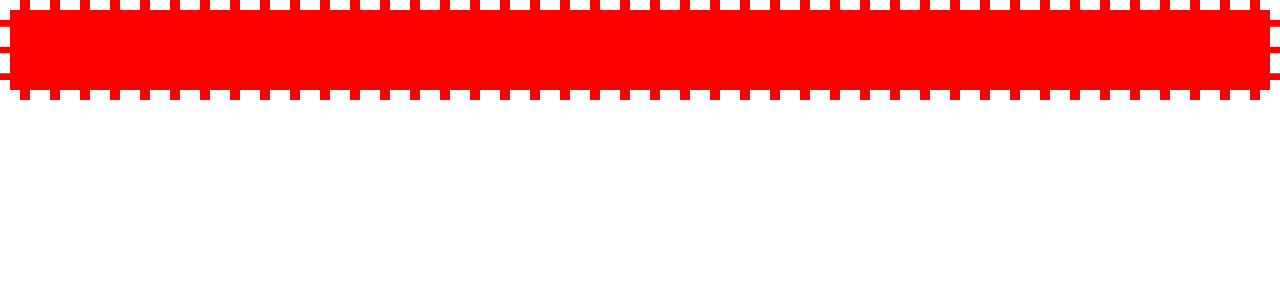
Repository: critdang/electro_store
Page: javascript_project/HTML &CSS practice/index.html
The author's editor kept a copy of each file at every save. The page is drawn from the files as they stood at one save, then again after the next save.
The browser window is 1280 px wide. The pictures show the whole page.

Above is the page before, as saved 2021-10-01 22:33:56.

### javascript_project/HTML &CSS practice/index.html
<!DOCTYPE html>
<html lang="en">
    <head>
        <meta charset="UTF-8">
        <meta http-equiv="X-UA-Compatible" content="IE=edge">
        <meta name="viewport" content="width=device-width, initial-scale=1.0">
        <title>Document</title>
        <style>
            html,body{
                margin:0
            }
            .header{
                width:100%;
                height: 100px;
                background-color: red;
                padding: 20px;
                box-sizing: border-box;
                border: 10px dashed #fff;
            }
        </style>
    </head>
    <body>
        <div class="header">

        </div>
    </body>
</html>

After the next save:
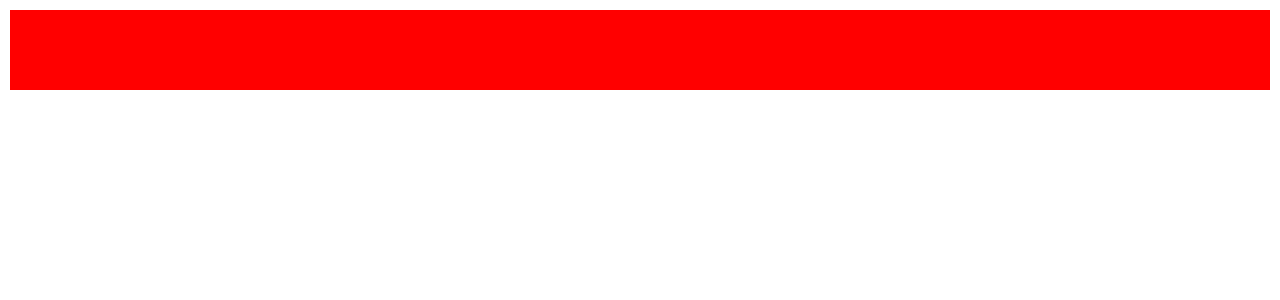
Saved 2 min 4 s later.
--- a/javascript_project/HTML &CSS practice/index.html
+++ b/javascript_project/HTML &CSS practice/index.html
@@ -16,6 +16,8 @@
                 padding: 20px;
                 box-sizing: border-box;
                 border: 10px dashed #fff;
+                background-clip: padding-box;
+                /* mặc định border-box */
             }
         </style>
     </head>
